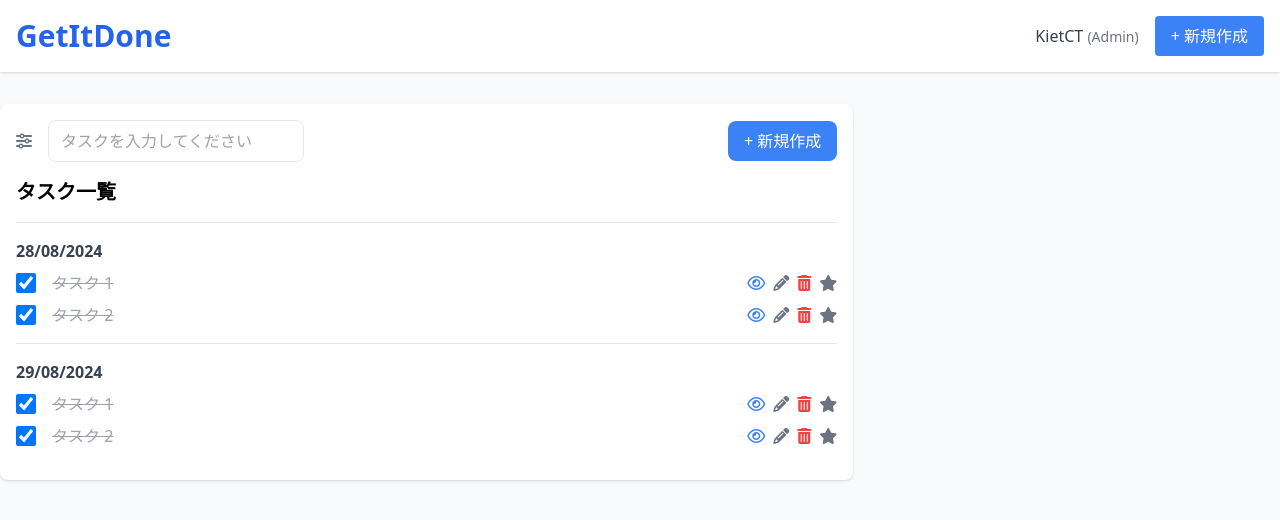
Repository: TuanAnhNguyen723/todolist
Page: mainscreen.html
These files come from the project's save history. The page is drawn as it stood at one moment and after the next save; the edit follows.
The browser window is 1280 px wide. The pictures show the whole page.
Some web libraries are served in a nearby version.

Above is the page before, as saved 2024-09-24 21:38:27.

### mainscreen.html
<!DOCTYPE html>
<html lang="ja">
  <head>
    <meta charset="UTF-8" />
    <meta name="viewport" content="width=device-width, initial-scale=1.0" />
    <title>GetItDone Task List</title>
    <link
      href="https://cdn.jsdelivr.net/npm/tailwindcss@2.2.19/dist/tailwind.min.css"
      rel="stylesheet"
    />
    <link
      rel="stylesheet"
      href="https://cdnjs.cloudflare.com/ajax/libs/font-awesome/6.6.0/css/all.min.css"
    />
  </head>
  <body class="bg-gray-50">
    <!-- Header Section -->
    <header class="bg-white shadow p-4 flex justify-between items-center">
      <div class="flex items-center">
        <h1 class="text-3xl font-bold text-blue-600">GetItDone</h1>
      </div>
      <div class="flex items-center">
        <span class="text-gray-700 mr-4"
          >KietCT <span class="text-sm text-gray-500">(Admin)</span></span
        >
        <button class="bg-blue-500 text-white px-4 py-2 rounded">
          + 新規作成
        </button>
      </div>
    </header>

    <!-- Main Section -->
    <main class="container mx-auto mt-8">
      <div class="flex justify-between">
        <!-- Task List -->
        <div class="w-2/3 bg-white p-4 shadow rounded-lg">
          <!-- Task List Header with Search and Create Button -->
          <div class="flex justify-between items-center mb-4">
            <div class="flex space-x-4 items-center">
              <!-- Filter Icon -->
              <button class="text-gray-500 hover:text-gray-700">
                <i class="fas fa-sliders-h"></i>
              </button>

              <!-- Search Input -->
              <input
                type="text"
                class="border rounded-lg px-3 py-2 w-64"
                placeholder="タスクを入力してください"
              />
            </div>

            <!-- New Task Button -->
            <button class="bg-blue-500 text-white px-4 py-2 rounded-lg">
              + 新規作成
            </button>
          </div>
          <h2 class="text-xl font-bold mb-4">タスク一覧</h2>
          <!-- Task Group 1 -->
          <div class="mb-4 border-t pt-4">
            <h3 class="font-bold text-gray-700">28/08/2024</h3>

            <!-- Task 1 -->
            <div class="flex justify-between items-center space-x-4 my-2">
              <div class="flex items-center space-x-4">
                <input
                  type="checkbox"
                  class="form-checkbox h-5 w-5 toggle-complete"
                  checked
                />
                <span class="text-gray-400 line-through task-text"
                  >タスク 1</span
                >
              </div>
              <div class="flex space-x-2">
                <button class="text-blue-500 hover:text-blue-700">
                  <i class="fa fa-eye"></i>
                </button>
                <button class="text-gray-500 hover:text-gray-700">
                  <i class="fa fa-pencil"></i>
                </button>
                <button class="text-red-500 hover:text-red-700">
                  <i class="fa fa-trash"></i>
                </button>
                <button class="text-gray-500 hover:text-yellow-500 star-icon">
                  <i class="fa fa-star"></i>
                </button>
              </div>
            </div>

            <!-- Task 2 -->
            <div class="flex justify-between items-center space-x-4 my-2">
              <div class="flex items-center space-x-4">
                <input
                  type="checkbox"
                  class="form-checkbox h-5 w-5 toggle-complete"
                  checked
                />
                <span class="text-gray-400 line-through task-text"
                  >タスク 2</span
                >
              </div>
              <div class="flex space-x-2">
                <button class="text-blue-500 hover:text-blue-700">
                  <i class="fa fa-eye"></i>
                </button>
                <button class="text-gray-500 hover:text-gray-700">
                  <i class="fa fa-pencil"></i>
                </button>
                <button class="text-red-500 hover:text-red-700">
                  <i class="fa fa-trash"></i>
                </button>
                <button class="text-gray-500 hover:text-yellow-500 star-icon">
                  <i class="fa fa-star"></i>
                </button>
              </div>
            </div>
          </div>

          <!-- Task Group 2 -->
          <div class="mb-4 border-t pt-4">
            <h3 class="font-bold text-gray-700">29/08/2024</h3>

            <!-- Task 1 -->
            <div class="flex justify-between items-center space-x-4 my-2">
              <div class="flex items-center space-x-4">
                <input
                  type="checkbox"
                  class="form-checkbox h-5 w-5 toggle-complete"
                  checked
                />
                <span class="text-gray-400 line-through task-text"
                  >タスク 1</span
                >
              </div>
              <div class="flex space-x-2">
                <button class="text-blue-500 hover:text-blue-700">
                  <i class="fa fa-eye"></i>
                </button>
                <button class="text-gray-500 hover:text-gray-700">
                  <i class="fa fa-pencil"></i>
                </button>
                <button class="text-red-500 hover:text-red-700">
                  <i class="fa fa-trash"></i>
                </button>
                <button class="text-gray-500 hover:text-yellow-500 star-icon">
                  <i class="fa fa-star"></i>
                </button>
              </div>
            </div>

            <!-- Task 2 -->
            <div class="flex justify-between items-center space-x-4 my-2">
              <div class="flex items-center space-x-4">
                <input
                  type="checkbox"
                  class="form-checkbox h-5 w-5 toggle-complete"
                  checked
                />
                <span class="text-gray-400 line-through task-text"
                  >タスク 2</span
                >
              </div>
              <div class="flex space-x-2">
                <button class="text-blue-500 hover:text-blue-700">
                  <i class="fa fa-eye"></i>
                </button>
                <button class="text-gray-500 hover:text-gray-700">
                  <i class="fa fa-pencil"></i>
                </button>
                <button class="text-red-500 hover:text-red-700">
                  <i class="fa fa-trash"></i>
                </button>
                <button class="text-gray-500 hover:text-yellow-500 star-icon">
                  <i class="fa fa-star"></i>
                </button>
              </div>
            </div>
          </div>
        </div>

        <!-- Task Completion Summary -->
        <div
          id="task-summary"
          class="fixed inset-0 bg-gray-600 bg-opacity-50 flex justify-center items-center hidden"
        >
          <div class="bg-white p-6 rounded-lg shadow-lg w-1/3">
            <h3 class="font-bold text-gray-700">28/08/2024:</h3>
            <p class="text-gray-700">• 完了タスク: 1/2</p>
            <p class="text-gray-700">• スタータスク: 0</p>
            <h3 class="font-bold text-gray-700 mt-4">29/08/2024:</h3>
            <p class="text-gray-700">• 完了タスク: 2/3</p>
            <p class="text-gray-700">• スタータスク: 1</p>
            <button
              id="close-popup"
              class="mt-4 bg-blue-500 text-white px-4 py-2 rounded"
            >
              Đóng
            </button>
          </div>
        </div>
      </div>
    </main>

    <!-- Icons FontAwesome -->
    <script src="https://kit.fontawesome.com/a076d05399.js"></script>
    <script src="./mainscreen.js"></script>
  </body>
</html>

### mainscreen.js
// Lấy các phần tử từ DOM
const editButtons = document.querySelectorAll(".fa-pencil"); // Tất cả các icon bút
const taskSummary = document.getElementById("task-summary"); // Phần popup Task Completion Summary
const closePopupButton = document.getElementById("close-popup"); // Nút đóng

// Khi người dùng bấm vào icon bút
editButtons.forEach((button) => {
  button.addEventListener("click", () => {
    taskSummary.classList.remove("hidden"); // Hiển thị pop-up
  });
});

// Khi người dùng bấm vào nút Đóng trong pop-up
closePopupButton.addEventListener("click", () => {
  taskSummary.classList.add("hidden"); // Ẩn pop-up
});

// Xử lý sự kiện khi click vào checkbox để gạch ngang hoặc bỏ gạch ngang
document.querySelectorAll(".toggle-complete").forEach((checkbox) => {
  checkbox.addEventListener("change", function () {
    const taskText = this.parentElement.querySelector(".task-text");
    if (this.checked) {
      taskText.classList.add("line-through", "text-gray-400");
    } else {
      taskText.classList.remove("line-through", "text-gray-400");
    }
  });
});

// Xử lý sự kiện khi click vào icon ngôi sao
document.querySelectorAll(".star-icon").forEach((star) => {
  star.addEventListener("click", function () {
    const taskText =
      this.parentElement.parentElement.querySelector(".task-text");
    // Toggle màu ngôi sao
    this.classList.toggle("text-yellow-500");
    // Toggle màu chữ của task
    if (this.classList.contains("text-yellow-500")) {
      taskText.classList.add("text-yellow-600");
    } else {
      taskText.classList.remove("text-yellow-600");
    }
  });
});

After the next save:
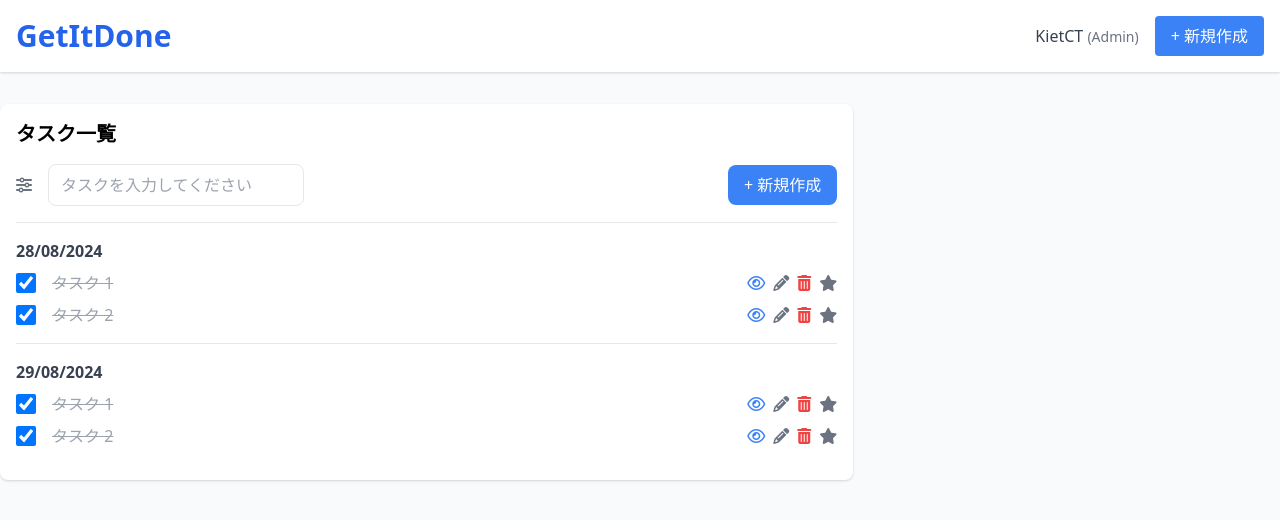
Saved 16 s later.
--- a/mainscreen.html
+++ b/mainscreen.html
@@ -34,6 +34,7 @@
       <div class="flex justify-between">
         <!-- Task List -->
         <div class="w-2/3 bg-white p-4 shadow rounded-lg">
+          <h2 class="text-xl font-bold mb-4">タスク一覧</h2>
           <!-- Task List Header with Search and Create Button -->
           <div class="flex justify-between items-center mb-4">
             <div class="flex space-x-4 items-center">
@@ -55,7 +56,6 @@
               + 新規作成
             </button>
           </div>
-          <h2 class="text-xl font-bold mb-4">タスク一覧</h2>
           <!-- Task Group 1 -->
           <div class="mb-4 border-t pt-4">
             <h3 class="font-bold text-gray-700">28/08/2024</h3>
